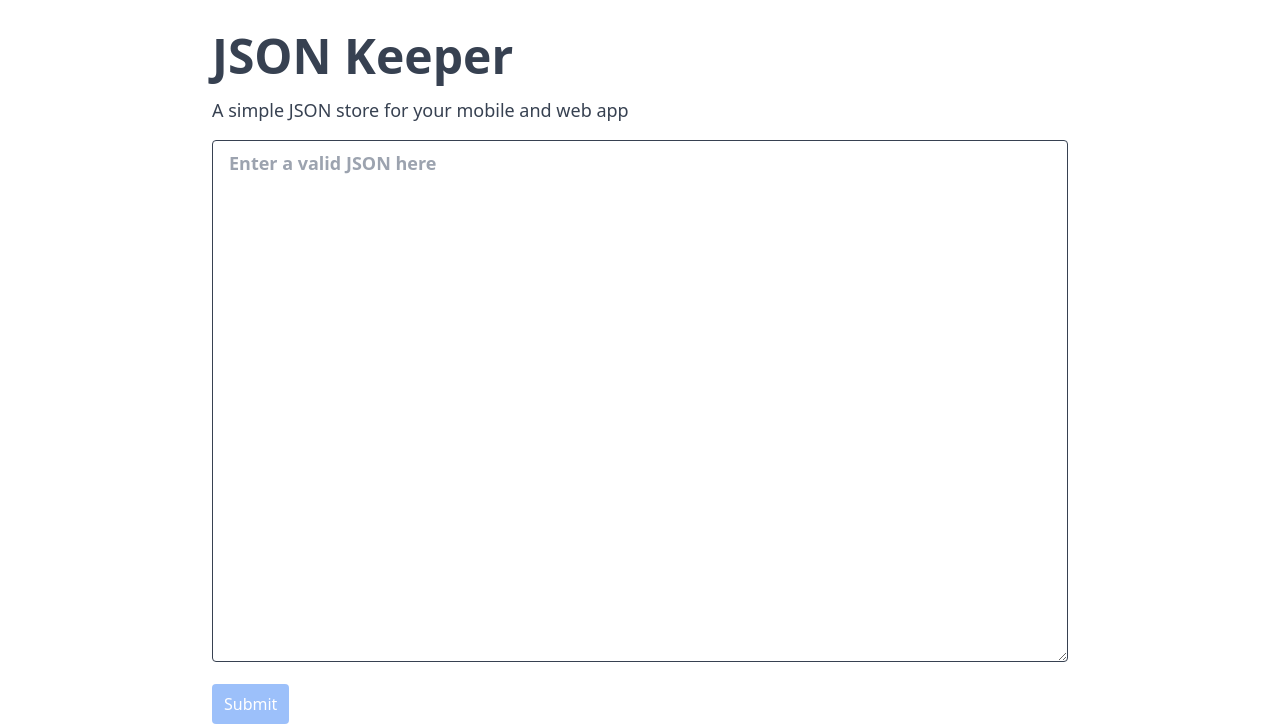
Repository: lakshithapramodya/jsonhub
Page: / (app in client/)
These files come from the project's save history. The page is drawn as it stood at one moment and after the next save; the edit follows.
The browser window is 1280 px wide. The pictures show the whole page.
The page's requests for data from a server got no answer. The project was rebuilt for these pictures with package versions that can differ from the ones it lists, and the page was loaded fresh each time. No one was signed in, and anything a server would have sent is missing. Also part of the build but not shown: client/src/HandleJsonData.js.

Above is the page before, as saved 2023-05-10 12:32:25.

After the next save:
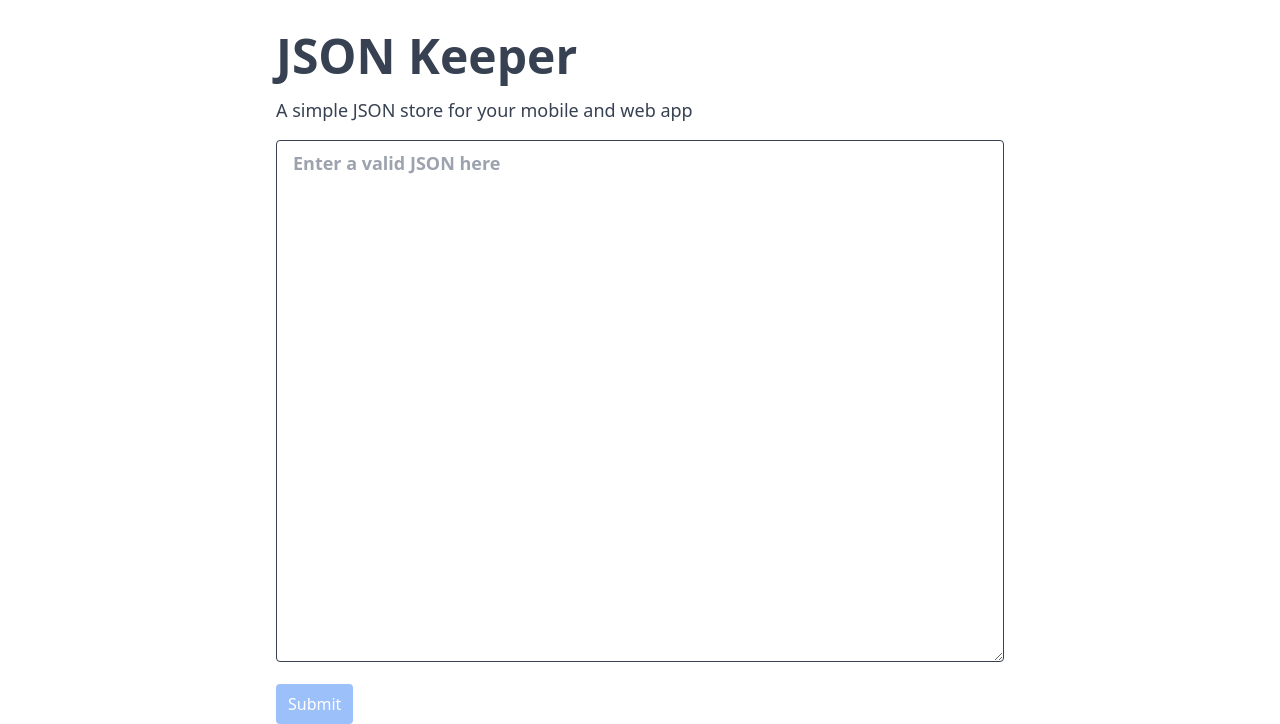
Saved 27 s later.
--- a/client/src/App.js
+++ b/client/src/App.js
@@ -40,7 +40,7 @@ function App() {
       {url && (
         <a href={`${SERVER_ENDPOINT}/${url}`}>{`${SERVER_ENDPOINT}/${url}`}</a>
       )}
-      <div className="flex flex-col mx-auto mt-8 w-full sm:w-[80%] md:w-[70%] items-center justify-center">
+      <div className="flex flex-col mx-auto mt-8 w-full sm:w-[80%] md:w-[70%] lg:w-[60%] items-center justify-center">
         <form onSubmit={handleSubmit} className="w-full space-y-4 px-5">
           <h1 className="text-5xl font-semibold text-gray-700">JSON Keeper</h1>
           <p className="text-gray-700 text-lg">
